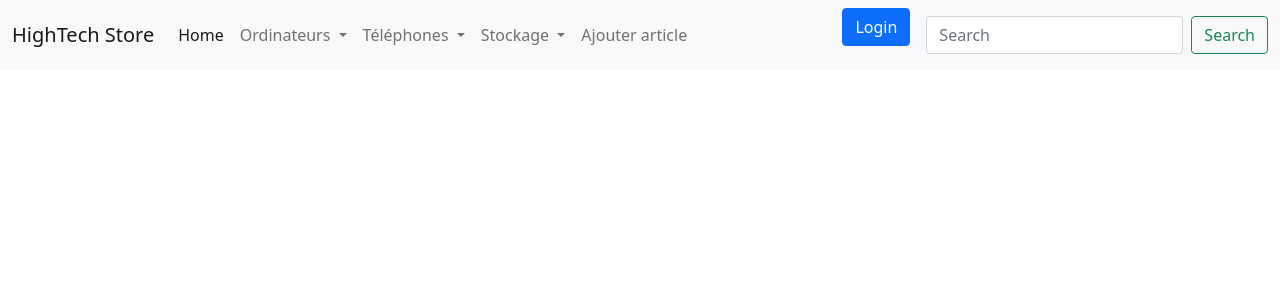
Repository: HaPhuong-krys/M1-angular
Page: /PcPortable
The author's editor kept a copy of each file at every save. The page is drawn from the files as they stood at one save, then again after a run of saves.
The browser window is 1280 px wide. The pictures show the whole page.
The page's requests for data from a server got no answer. The project was rebuilt for these pictures with package versions that can differ from the ones it lists, and the page was loaded fresh each time. No one was signed in, and anything a server would have sent is missing. Also part of the build but not shown: angular.json, src/app/connexion/connexion.component.ts, src/app/home/home.component.ts, src/app/pc-bureau/pc-bureau.component.ts, src/app/ajouter-article-form/ajouter-article-form.component.ts, src/app/Model/Articles.ts, src/app/accessoire-ordi/accessoire-ordi.component.ts, src/app/smart-phone/smart-phone.component.ts and 10 more.

Above is the page before, as saved 2023-04-23 16:22:44.

After the next 2 saves:
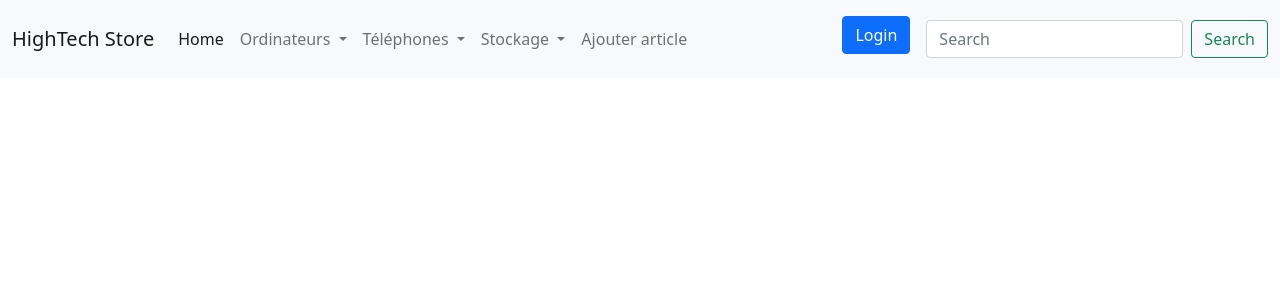
The 2 saves are shown as one change because they came seconds apart.
The last was saved 77 s later.
--- a/src/app/navbar/navbar.component.html
+++ b/src/app/navbar/navbar.component.html
@@ -66,7 +66,7 @@
           <ul *ngIf="isLoggedIn$ | async">
             <a class="btn btn-danger mx-3" (click)="logout()" routerLink="/Home">Logout</a>
           </ul>
-          <ul *ngIf="!(isLoggedIn$ | async)">
+          <ul class="mt-2" *ngIf="!(isLoggedIn$ | async)">
             <a routerLink="/Connexion" class="btn btn-primary mx-3" role="button">Login</a>
           </ul>
         </div>
